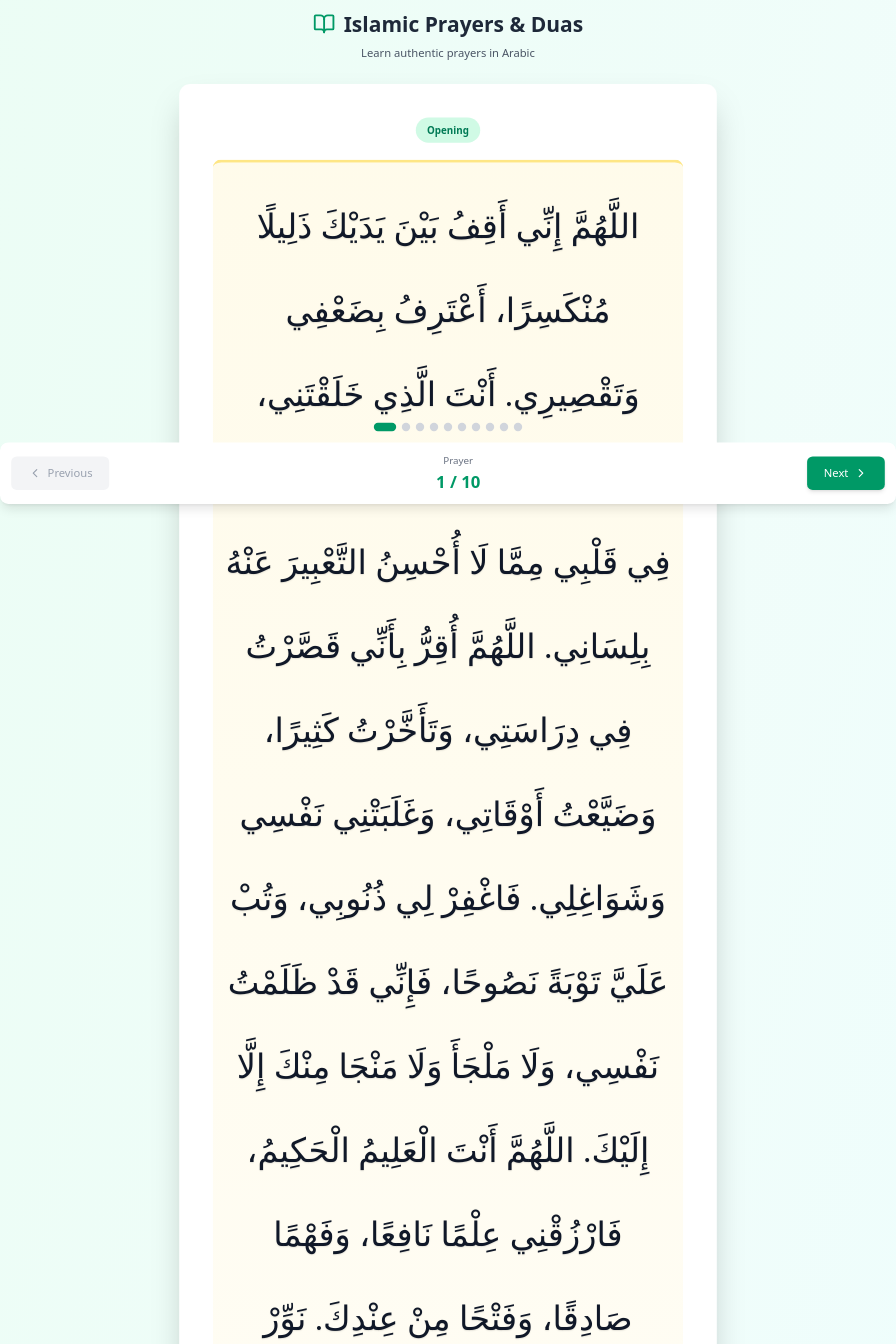
Repository: AbdulquddusMuhammad/prayerApp2.0
Page: /
The author's editor kept a copy of each file at every save. The page is drawn from the files as they stood at one save, then again after the next save.
The browser window is 1280 px wide. The pictures show the part of the page from y = 0 to 1920 px (the page is 5738 px tall), at 70% of full size.
Some web fonts or font styles are not loaded; a fallback is used. The project was rebuilt for these pictures with package versions that can differ from the ones it lists, and the page was loaded fresh each time. Also part of the build but not shown: vite.config.js.

Above is the page before, as saved 2026-01-18 09:26:20.

### index.html
<!DOCTYPE html>
<html lang="en">
  <head>
    <meta charset="UTF-8" />
    <link rel="icon" type="image/sng" href="/prayerAppLogo.png" />
    <meta name="viewport" content="width=device-width, initial-scale=1.0" />
    <title>prayerapp2-0</title>
  </head>
  <body>
    <div id="root"></div>
    <script type="module" src="/src/main.jsx"></script>
  </body>
</html>

### src/main.jsx
import { registerSW } from "virtual:pwa-register";
import { StrictMode } from "react";
import { createRoot } from "react-dom/client";
import "./index.css";
import App from "./App.jsx";

createRoot(document.getElementById("root")).render(
  <StrictMode>
    <App />
  </StrictMode>
);

registerSW({
  onNeedRefresh() {},
  onOfflineReady() {},
});

### src/index.css
@import "tailwindcss";

* {
  /* outline: 1px solid red; */
}

### src/App.jsx
import React, { useState } from "react";
import { ChevronLeft, ChevronRight, BookOpen } from "lucide-react";

const App = () => {
  // Load Quran-style Arabic fonts
  React.useEffect(() => {
    const link = document.createElement("link");
    link.href = "https://fonts.googleapis.com/css2?family=Amiri+Quran&family=Scheherazade+New:wght@400;700&display=swap";
    link.rel = "stylesheet";
    document.head.appendChild(link);
  }, []);
  // Arabic prayers and phrases stored in JavaScript object
  const prayersData = {
    prayers: [
      {
        id: 1,
        arabic: `اللَّهُمَّ إِنِّي أَقِفُ بَيْنَ يَدَيْكَ ذَلِيلًا مُنْكَسِرًا، أَعْتَرِفُ بِضَعْفِي وَتَقْصِيرِي. أَنْتَ الَّذِي خَلَقْتَنِي، وَتَعْلَمُ سِرِّي وَعَلَانِيَتِي، وَتَعْلَمُ مَا فِي قَلْبِي مِمَّا لَا أُحْسِنُ التَّعْبِيرَ عَنْهُ بِلِسَانِي.

اللَّهُمَّ أُقِرُّ بِأَنِّي قَصَّرْتُ فِي دِرَاسَتِي، وَتَأَخَّرْتُ كَثِيرًا، وَضَيَّعْتُ أَوْقَاتِي، وَغَلَبَتْنِي نَفْسِي وَشَوَاغِلِي. فَاغْفِرْ لِي ذُنُوبِي، وَتُبْ عَلَيَّ تَوْبَةً نَصُوحًا، فَإِنِّي قَدْ ظَلَمْتُ نَفْسِي، وَلَا مَلْجَأَ وَلَا مَنْجَا مِنْكَ إِلَّا إِلَيْكَ.

اللَّهُمَّ أَنْتَ الْعَلِيمُ الْحَكِيمُ، فَارْزُقْنِي عِلْمًا نَافِعًا، وَفَهْمًا صَادِقًا، وَفَتْحًا مِنْ عِنْدِكَ. نَوِّرْ عَقْلِي، وَقَوِّ ذَاكِرَتِي، وَاشْرَحْ صَدْرِي لِلتَّعَلُّمِ، وَاصْرِفْ عَنِّي التَّشْتِيتَ وَالْكِسَلَ، وَارْزُقْنِي التَّرْكِيزَ وَالثَّبَاتَ.

اللَّهُمَّ أَعِنِّي عَلَى تَدَارُكِ مَا فَاتَنِي، وَيَسِّرْ لِي مَا اسْتَصْعَبْتُهُ، وَخَفِّفْ عَنِّي مَا أَثْقَلَنِي. بَارِكْ لِي فِي وَقْتِي، وَوَفِّقْنِي لِحُسْنِ اسْتِغْلَالِهِ، وَارْزُقْنِي الِانْضِبَاطَ وَالِاجْتِهَادَ وَالْمُوَاظَبَةَ.

اللَّهُمَّ لَا تَكِلْنِي إِلَى نَفْسِي طَرْفَةَ عَيْنٍ. كُنْ لِي عَوْنًا إِذَا ضَعُفْتُ، وَمُثَبِّتًا إِذَا فَتَرْتُ، وَمُوَجِّهًا إِذَا ضَلَلْتُ. اجْعَلْ سَعْيِي مَبْرُورًا، وَتَقَدُّمِي مُتَوَاصِلًا وَلَوْ كَانَ قَلِيلًا.

اللَّهُمَّ إِنِّي أُفَوِّضُ أَمْرِي إِلَيْكَ، وَأَسْأَلُكَ فَضْلَكَ وَرَحْمَتَكَ، أَنْ تَجْبُرَ نَقْصِي، وَتُعِينَنِي عَلَى نَفْسِي، وَلَا تَحْرِمْنِي التَّوْفِيقَ بِسَبَبِ تَقْصِيرِي. إِنَّكَ أَنْتَ الرَّحْمَنُ الرَّحِيمُ، وَإِنِّي إِلَيْكَ فَقِيرٌ فِي كُلِّ أَمْرٍ. آمِينَ.
`,
        translation: `O Allah, my Lord, I come before You in humility and need. You are the One who created me, who knows what is hidden in my heart and what my tongue cannot fully express. I acknowledge my shortcomings, my weaknesses, my lack of discipline, and my many failures in my studies. I admit that I have fallen behind, not because You withheld Your mercy, but because of my own negligence, distractions, and poor choices.

O Allah, forgive me for wasting time, for delaying what was required of me, and for not striving as I should have. Forgive me for moments of laziness, lack of focus, and loss of motivation. I have wronged myself, and I have no one to turn to but You.

O Allah, You are Al-‘Alīm, the All-Knowing. Grant me beneficial knowledge that settles in my heart and increases me in understanding. Open my mind to learn, strengthen my memory, and grant me clarity and focus. Remove confusion from my thoughts and replace it with calmness and purpose.

O Allah, help me catch up where I have fallen behind. Make what feels difficult easy for me, and what feels overwhelming manageable by Your mercy. Grant me discipline, consistency, and sincere effort. Bless my time and allow me to use it wisely.

O Allah, do not leave me to myself even for a moment. Support me when I feel weak, motivate me when I feel discouraged, and remind me of my goals when I feel lost. Make my efforts fruitful and my progress steady, even if it is small.

O Allah, I place my trust in You. I ask You to guide me, help me, and not deprive me of success because of my shortcomings. Indeed, You are the Most Merciful, and I am in need of Your help in every matter. Ameen.
`,
        category: "Opening",
      },

      {
        id: 2,
        arabic: "الْحَمْدُ لِلَّهِ رَبِّ الْعَالَمِينَ",
        translation: "All praise is due to Allah, Lord of all the worlds",
        category: "Praise",
      },
      {
        id: 3,
        arabic: "اللَّهُمَّ صَلِّ عَلَى مُحَمَّدٍ وَعَلَى آلِ مُحَمَّدٍ",
        translation: "O Allah, send blessings upon Muhammad and the family of Muhammad",
        category: "Salawat",
      },
      {
        id: 4,
        arabic: "سُبْحَانَ اللَّهِ وَالْحَمْدُ لِلَّهِ وَلَا إِلَهَ إِلَّا اللَّهُ وَاللَّهُ أَكْبَرُ",
        translation: "Glory be to Allah, and praise be to Allah, and there is no god but Allah, and Allah is the Greatest",
        category: "Dhikr",
      },
      {
        id: 5,
        arabic: "رَبَّنَا آتِنَا فِي الدُّنْيَا حَسَنَةً وَفِي الْآخِرَةِ حَسَنَةً وَقِنَا عَذَابَ النَّارِ",
        translation: "Our Lord, give us good in this world and good in the Hereafter, and protect us from the punishment of the Fire",
        category: "Dua",
      },
      {
        id: 6,
        arabic: "اللَّهُمَّ إِنِّي أَسْأَلُكَ الْهُدَى وَالتُّقَى وَالْعَفَافَ وَالْغِنَى",
        translation: "O Allah, I ask You for guidance, piety, chastity, and self-sufficiency",
        category: "Dua",
      },
      {
        id: 7,
        arabic: "رَبِّ اشْرَحْ لِي صَدْرِي وَيَسِّرْ لِي أَمْرِي",
        translation: "My Lord, expand my chest and make my task easy for me",
        category: "Dua",
      },
      {
        id: 8,
        arabic: "لَا إِلَهَ إِلَّا أَنْتَ سُبْحَانَكَ إِنِّي كُنْتُ مِنَ الظَّالِمِينَ",
        translation: "There is no deity except You; exalted are You. Indeed, I have been of the wrongdoers",
        category: "Dua",
      },
      {
        id: 9,
        arabic: "اللَّهُمَّ إِنِّي أَعُوذُ بِكَ مِنَ الْهَمِّ وَالْحَزَنِ",
        translation: "O Allah, I seek refuge in You from anxiety and grief",
        category: "Protection",
      },
      {
        id: 10,
        arabic: "حَسْبُنَا اللَّهُ وَنِعْمَ الْوَكِيلُ",
        translation: "Allah is sufficient for us, and He is the best Disposer of affairs",
        category: "Trust in Allah",
      },
    ],
  };

  const [currentIndex, setCurrentIndex] = useState(0);
  const currentPrayer = prayersData.prayers[currentIndex];

  const goToNext = () => {
    setCurrentIndex((prev) => (prev < prayersData.prayers.length - 1 ? prev + 1 : prev));
  };

  const goToPrevious = () => {
    setCurrentIndex((prev) => (prev > 0 ? prev - 1 : prev));
  };

  return (
    <div className="min-h-screen bg-gradient-to-br from-emerald-50 via-teal-50 to-cyan-50 flex items-center justify-center p-4">
      <div className="max-w-3xl w-full pb-36">
        {/* Header */}
        <div className="text-center mb-8">
          <div className="flex items-center justify-center gap-3 mb-3">
            <BookOpen className="w-8 h-8 text-emerald-600" />
            <h1 className="text-3xl font-bold text-gray-800">Islamic Prayers & Duas</h1>
          </div>
          <p className="text-gray-600">Learn authentic prayers in Arabic</p>
        </div>

        {/* Prayer Card */}
        <div className="bg-white rounded-2xl shadow-2xl p-8 md:p-12">
          {/* Category Badge */}
          <div className="text-center mb-6">
            <span className="inline-block px-4 py-2 bg-emerald-100 text-emerald-700 text-sm font-semibold rounded-full">{currentPrayer.category}</span>
          </div>

          {/* Arabic Text - Quran Style */}
          <div className="mb-8 px-4 py-8 bg-gradient-to-b from-amber-50 to-transparent rounded-xl border-t-4 border-b-4 border-amber-200" dir="rtl">
            <p
              className="text-4xl md:text-5xl text-gray-900 leading-loose text-center"
              style={{
                fontFamily: "'Amiri Quran', 'Scheherazade New', 'Traditional Arabic', serif",
                lineHeight: "2.5",
                textShadow: "0 1px 2px rgba(0,0,0,0.1)",
              }}>
              {currentPrayer.arabic}
            </p>
          </div>

          {/* Translation */}
          <div className="border-t-2 border-emerald-100 pt-6">
            <p className="text-xl md:text-2xl text-gray-700 text-center italic leading-relaxed">{currentPrayer.translation}</p>
          </div>
        </div>

        <div className="fixed bottom-0 left-0 right-0">
          {/* Progress Dots */}
          <div className="flex justify-center gap-2 mt-6">
            {prayersData.prayers.map((_, index) => (
              <button key={index} onClick={() => setCurrentIndex(index)} className={`w-3 h-3 rounded-full transition-all ${index === currentIndex ? "bg-emerald-600 w-8" : "bg-gray-300 hover:bg-gray-400"}`} />
            ))}
          </div>
          {/* Navigation Controls */}
          <div className="flex items-center justify-between bg-white rounded-xl shadow-lg p-4 mt-4">
            <button onClick={goToPrevious} disabled={currentIndex === 0} className={`flex items-center gap-2 px-6 py-3 rounded-lg font-medium transition-all ${currentIndex === 0 ? "bg-gray-100 text-gray-400 cursor-not-allowed" : "bg-emerald-600 text-white hover:bg-emerald-700 shadow-md"}`}>
              <ChevronLeft className="w-5 h-5" />
              Previous
            </button>

            <div className="text-center">
              <p className="text-sm text-gray-500 mb-1">Prayer</p>
              <p className="text-2xl font-bold text-emerald-600">
                {currentIndex + 1} / {prayersData.prayers.length}
              </p>
            </div>

            <button onClick={goToNext} disabled={currentIndex === prayersData.prayers.length - 1} className={`flex items-center gap-2 px-6 py-3 rounded-lg font-medium transition-all ${currentIndex === prayersData.prayers.length - 1 ? "bg-gray-100 text-gray-400 cursor-not-allowed" : "bg-emerald-600 text-white hover:bg-emerald-700 shadow-md"}`}>
              Next
              <ChevronRight className="w-5 h-5" />
            </button>
          </div>
        </div>
      </div>
    </div>
  );
};

export default App;

After the next save:
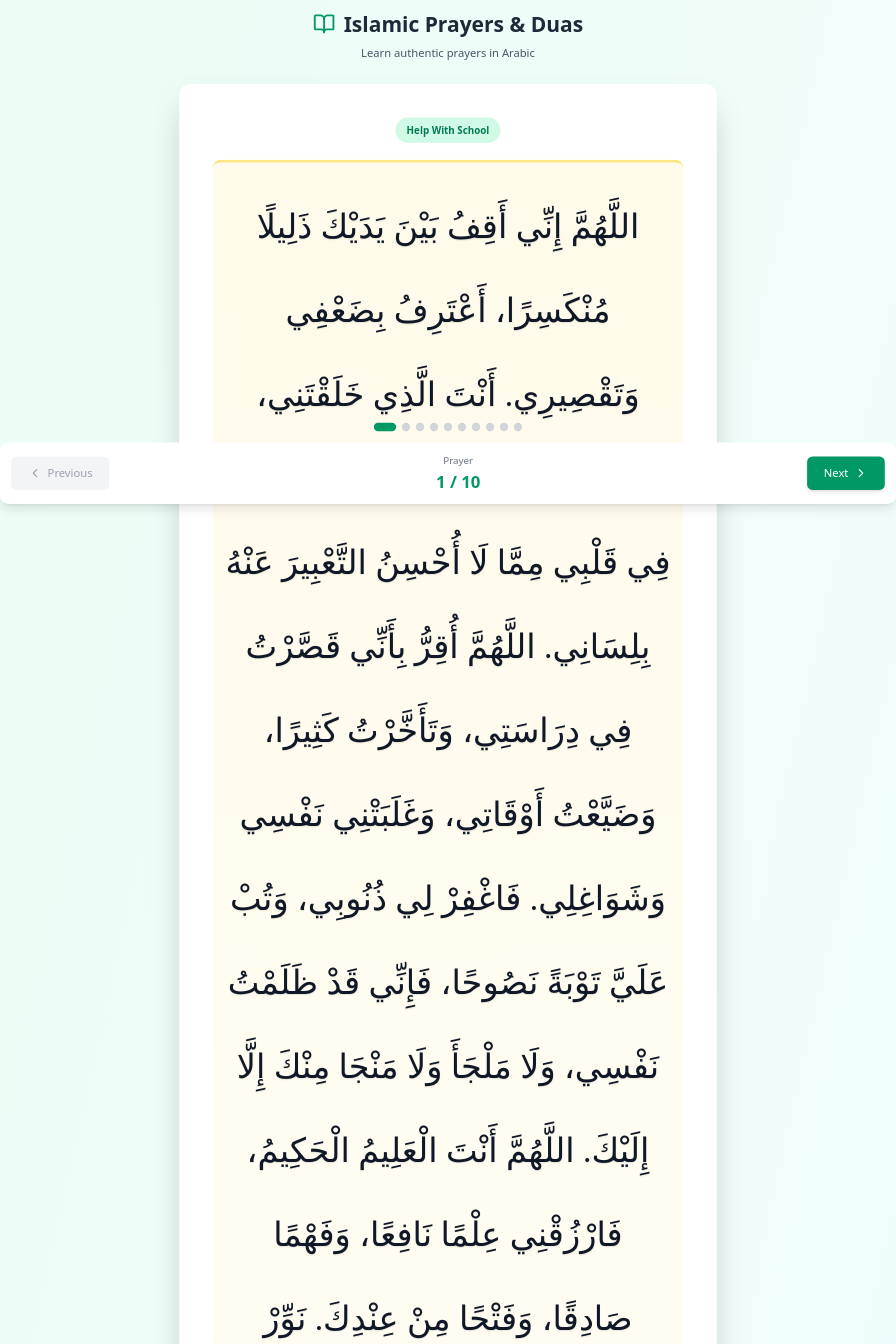
Saved 60 s later.
--- a/src/App.jsx
+++ b/src/App.jsx
@@ -38,7 +38,7 @@ O Allah, do not leave me to myself even for a moment. Support me when I feel wea
 
 O Allah, I place my trust in You. I ask You to guide me, help me, and not deprive me of success because of my shortcomings. Indeed, You are the Most Merciful, and I am in need of Your help in every matter. Ameen.
 `,
-        category: "Opening",
+        category: "Help With School",
       },
 
       {
